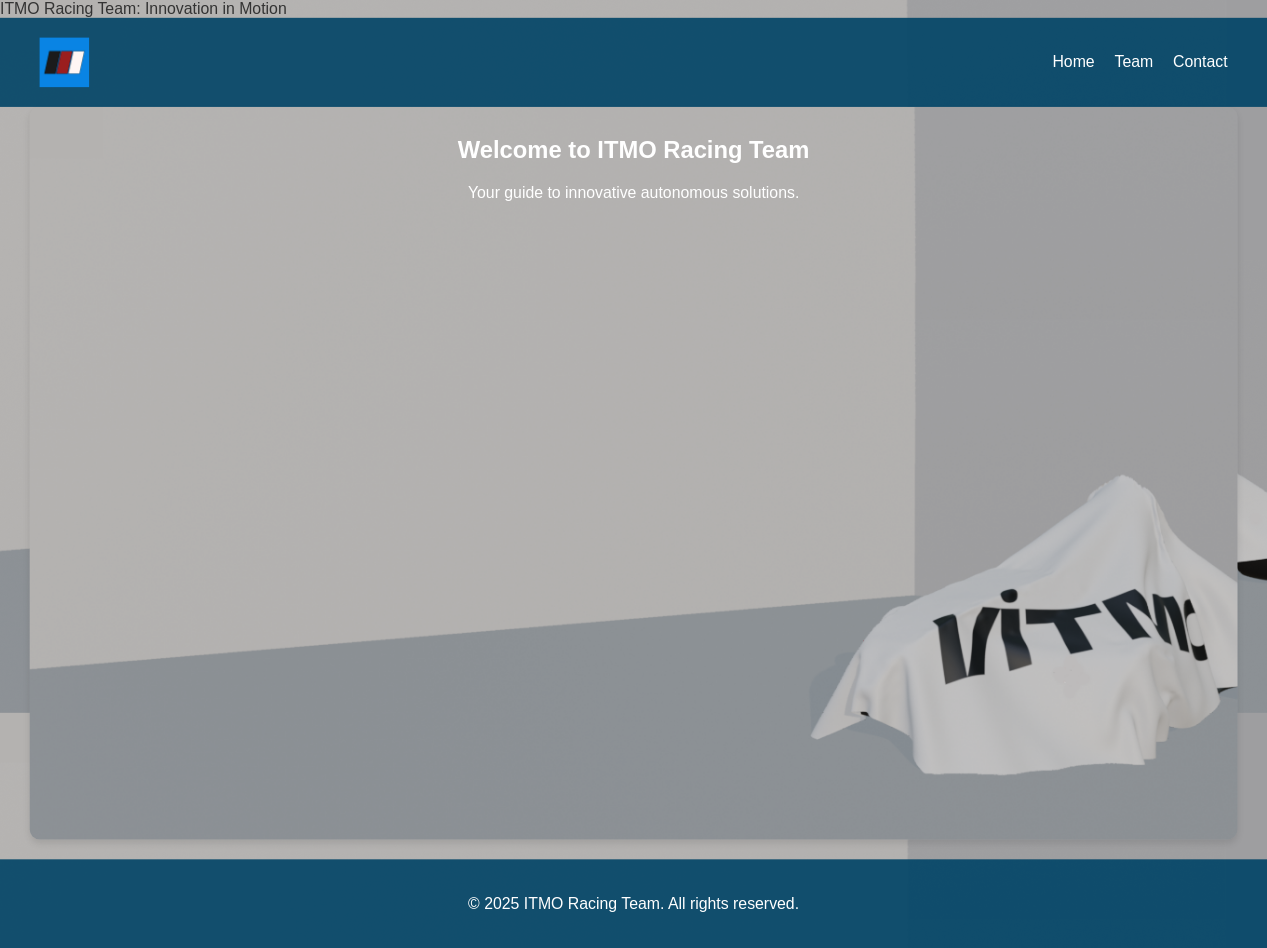
Repository: fs-itmo/fs-itmo.github.io
Page: index.html
These files come from the project's save history. The page is drawn as it stood at one moment and after the next save; the edit follows.
The browser window is 1280 px wide. The pictures show the whole page, at 99% of full size.
Backgrounds fixed to the window are drawn as part of the page.

Above is the page before, as saved 2024-12-30 15:20:15.

After the next save:
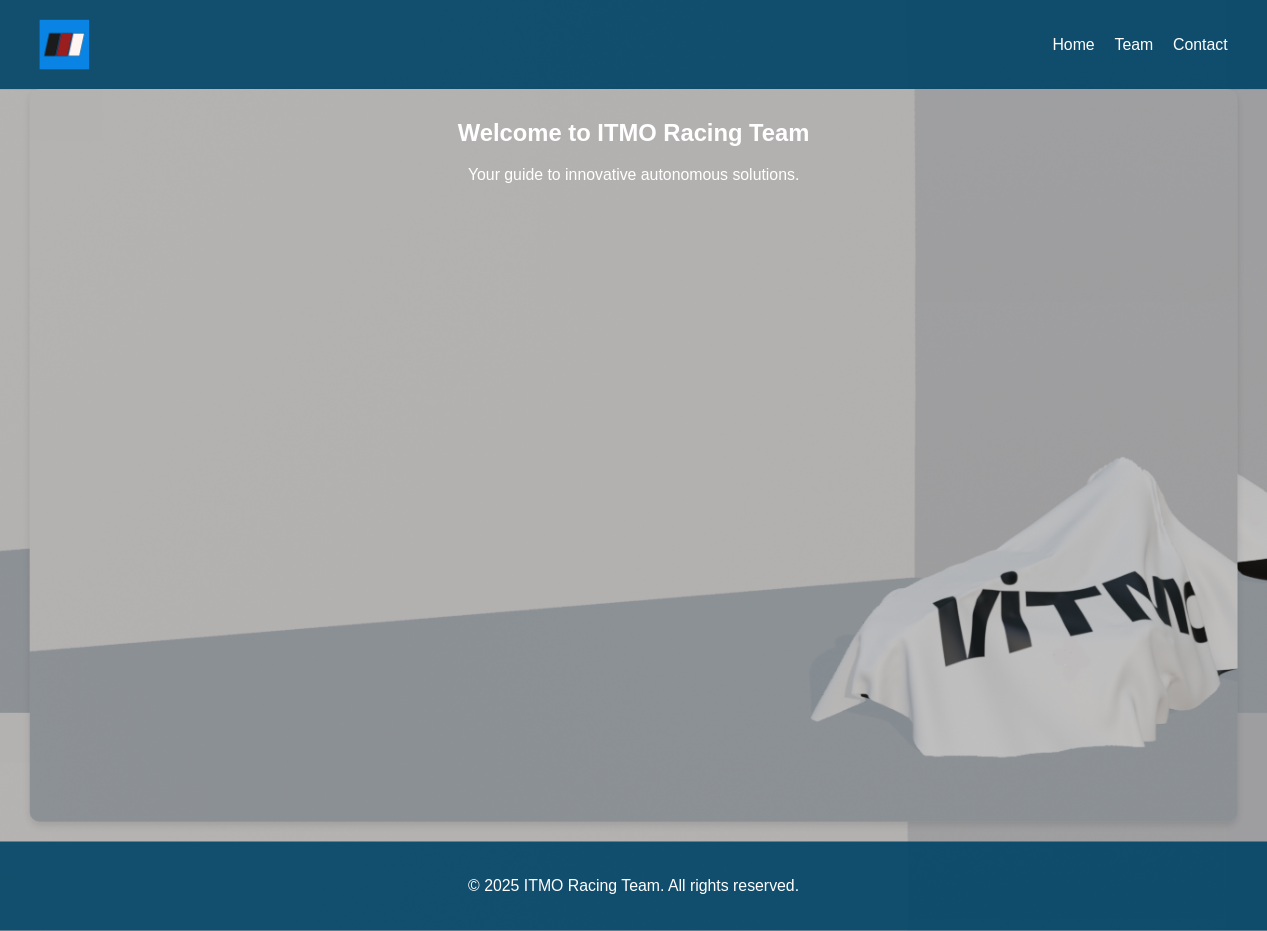
Saved 2 s later.
--- a/index.html
+++ b/index.html
@@ -7,9 +7,7 @@
     <link rel="stylesheet" href="css/style.css">
 </head>
 <body>
-    <div class="top-caption">
-        ITMO Racing Team: Innovation in Motion
-    </div>
+
     <header>
         <div class="container">
             <img src="assets/images/logo.png" alt="Logo" class="logo">
